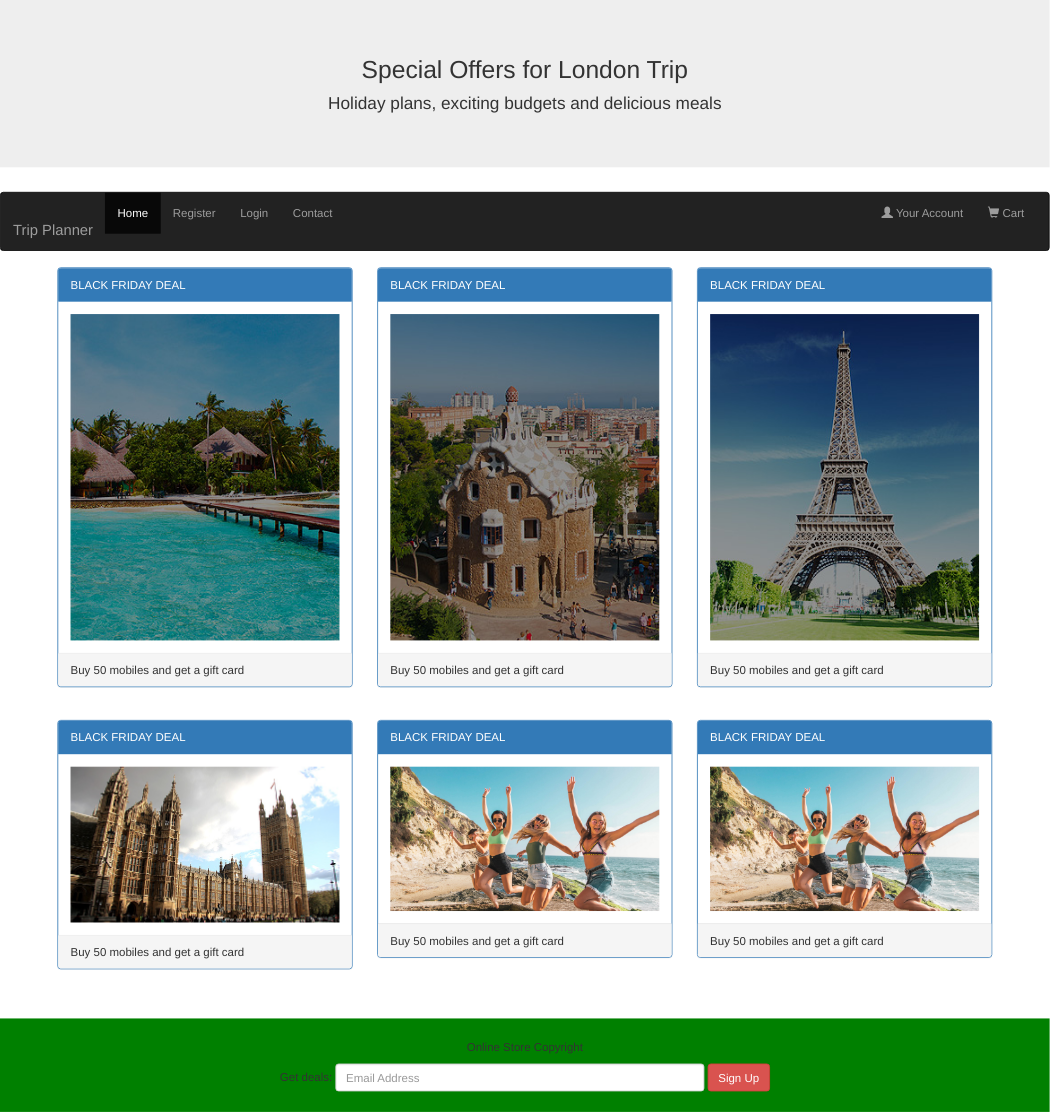
Repository: NanSin21/Mytourism-Website
Page: http://localhost/toursandtravelsmanagement/london.jsp
The author's editor kept a copy of each file at every save. The page is drawn from the files as they stood at one save, then again after the next save.
The browser window is 1280 px wide. The pictures show the whole page, at 82% of full size.
The page is served by Tomcat 9. Other server files are loaded and not shown.

Above is the page before, as saved 2018-07-20 08:30:06.

### toursandtravelsmanagement/WebContent/london.jsp
<%@ page language="java" contentType="text/html; charset=ISO-8859-1"
    pageEncoding="ISO-8859-1"%>
<!DOCTYPE html PUBLIC "-//W3C//DTD HTML 4.01 Transitional//EN" "http://www.w3.org/TR/html4/loose.dtd">
<html>
<head>
<meta http-equiv="Content-Type" content="text/html; charset=ISO-8859-1">
<title>London Trip Package</title>
<!-- <meta charset="utf-8"> -->
  <meta name="viewport" content="width=device-width, initial-scale=1">
  <link rel="stylesheet" href="https://maxcdn.bootstrapcdn.com/bootstrap/3.3.7/css/bootstrap.min.css">
  <script src="https://ajax.googleapis.com/ajax/libs/jquery/3.3.1/jquery.min.js"></script>
  <script src="https://maxcdn.bootstrapcdn.com/bootstrap/3.3.7/js/bootstrap.min.js"></script>
  <style>
  .navbar{
  margin-nottom= 50px;
  border-radius= 0;
  }
  .jumbotron{
   margin-bottom= 0;
   }
   footer{
   background: green;
   padding: 25px;
   }
   </style>
</head>
<body>

<div class="jumbotron">
  <div class="container text-center">
   <h2>Special Offers for London Trip</h2>
     <p>Holiday plans, exciting budgets and delicious meals</p>
  </div>
</div>

<nav class="navbar navbar-inverse">
  <div class="container-fluid">
      <div class="navbar-header">
        <button type="button" class="navbar-toggle" data-toggle="collapse" data-target="#myNavbar">
        <span class="icon-bar"></span>
        <span class="icon-bar"></span>
        <span class="icon-bar"></span>
        </button>
        <h1><a class="navbar-brand" href="index.jsp">Trip Planner</a></h1>
      </div>
      <div class="collapse navbar-collapse" id="myNavbar">
      <ul class="nav navbar-nav">
        <li class="active"><a href="TripPlaces/london.jsp">Home</a></li>
        <li><a href="registration.jsp">Register</a></li>
        <li><a href="login.jsp">Login</a></li>
        <li><a href="contact.jsp">Contact</a></li>
      </ul>
      <ul class="nav navbar-nav navbar-right">
        <li><a href="#"><span class="glyphicon glyphicon-user"></span> Your Account</a></li>
        <li><a href="#"><span class="glyphicon glyphicon-shopping-cart"></span> Cart</a></li>
      </ul>
    </div>
  </div>
</nav>


   <div class="container">
  <div class="row">
    <div class="col-sm-4">
      <div class="panel panel-primary">
        <div class="panel-heading">BLACK FRIDAY DEAL</div>
        <div class="panel-body"><img src="images/ban_img2.jpg" class="img-responsive" style="width:100%" alt="Image"></div>
        <div class="panel-footer">Buy 50 mobiles and get a gift card</div>
      </div>
    </div>
    <div class="col-sm-4">
      <div class="panel panel-primary">
        <div class="panel-heading">BLACK FRIDAY DEAL</div>
        <div class="panel-body"><img src="images/ban_img1.jpg" class="img-responsive" style="width:100%" alt="Image"></div>
        <div class="panel-footer">Buy 50 mobiles and get a gift card</div>
      </div>
    </div>
    <div class="col-sm-4">
      <div class="panel panel-primary">
        <div class="panel-heading">BLACK FRIDAY DEAL</div>
        <div class="panel-body"><img src="images/ban_img3.jpg" class="img-responsive" style="width:100%" alt="Image"></div>
        <div class="panel-footer">Buy 50 mobiles and get a gift card</div>
      </div>
    </div>
  </div>
</div><br>

<div class="container">
  <div class="row">
    <div class="col-sm-4">
      <div class="panel panel-primary">
        <div class="panel-heading">BLACK FRIDAY DEAL</div>
        <div class="panel-body"><img src="images/londonhelp.jpg" class="img-responsive" style="width:100%" alt="Image"></div>
        <div class="panel-footer">Buy 50 mobiles and get a gift card</div>
      </div>
    </div>
    <div class="col-sm-4">
      <div class="panel panel-primary">
        <div class="panel-heading">BLACK FRIDAY DEAL</div>
        <div class="panel-body"><img src="images/1.jpg" class="img-responsive" style="width:100%" alt="Image"></div>
        <div class="panel-footer">Buy 50 mobiles and get a gift card</div>
      </div>
    </div>
    <div class="col-sm-4">
      <div class="panel panel-primary">
        <div class="panel-heading">BLACK FRIDAY DEAL</div>
        <div class="panel-body"><img src="images/1.jpg" class="img-responsive" style="width:100%" alt="Image"></div>
        <div class="panel-footer">Buy 50 mobiles and get a gift card</div>
      </div>
    </div>
  </div>
</div><br><br>

<footer class="container-fluid text-center">
  <p>Online Store Copyright</p>
  <form class="form-inline">Get deals:
    <input type="email" class="form-control" size="50" placeholder="Email Address">
    <button type="button" class="btn btn-danger">Sign Up</button>
  </form>
</footer>
</body>
</html>

After the next save:
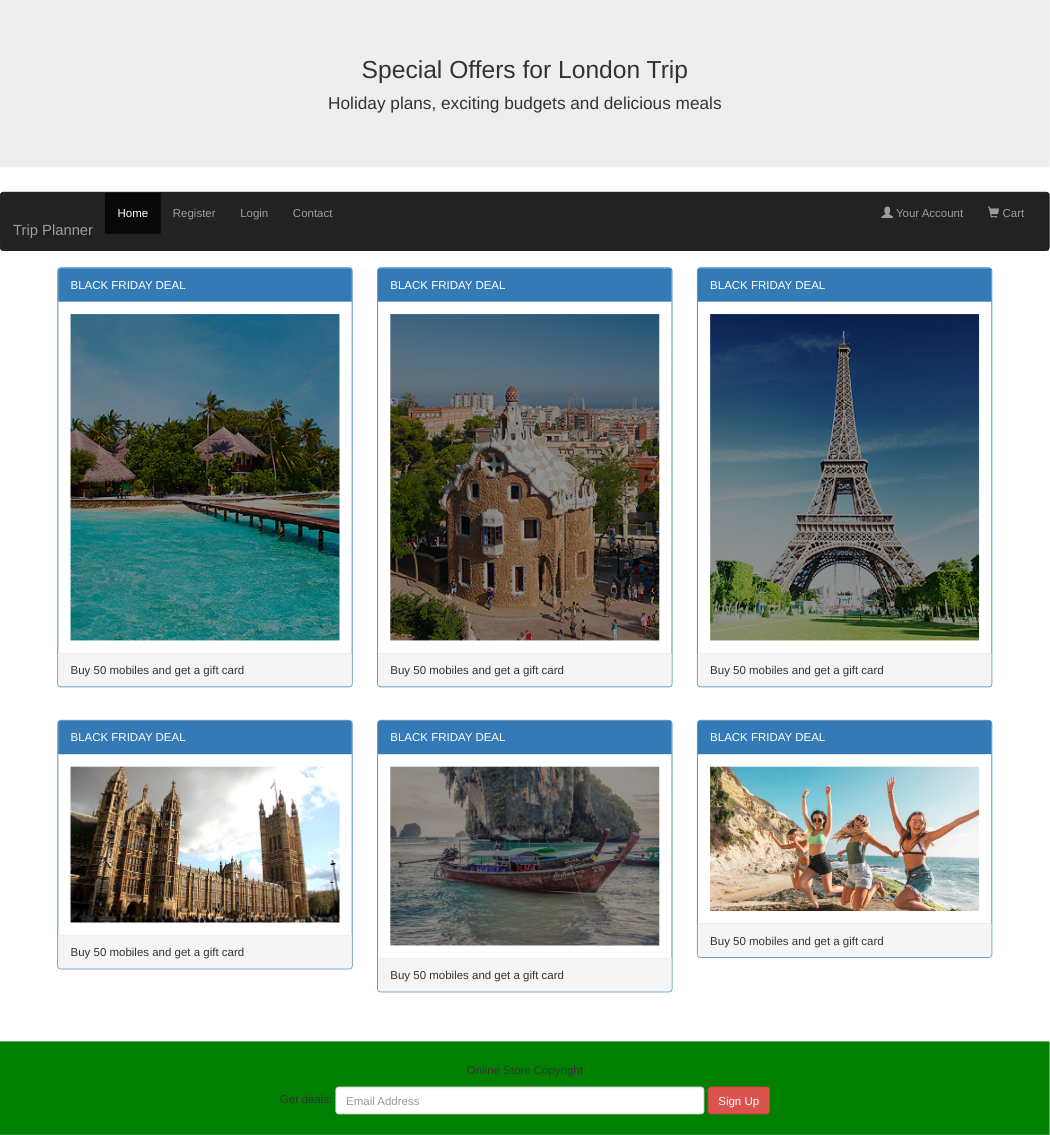
Saved 37 s later.
--- a/toursandtravelsmanagement/WebContent/london.jsp
+++ b/toursandtravelsmanagement/WebContent/london.jsp
@@ -97,7 +97,7 @@
     <div class="col-sm-4">
       <div class="panel panel-primary">
         <div class="panel-heading">BLACK FRIDAY DEAL</div>
-        <div class="panel-body"><img src="images/1.jpg" class="img-responsive" style="width:100%" alt="Image"></div>
+        <div class="panel-body"><img src="images/2.jpg" class="img-responsive" style="width:100%" alt="Image"></div>
         <div class="panel-footer">Buy 50 mobiles and get a gift card</div>
       </div>
     </div>
